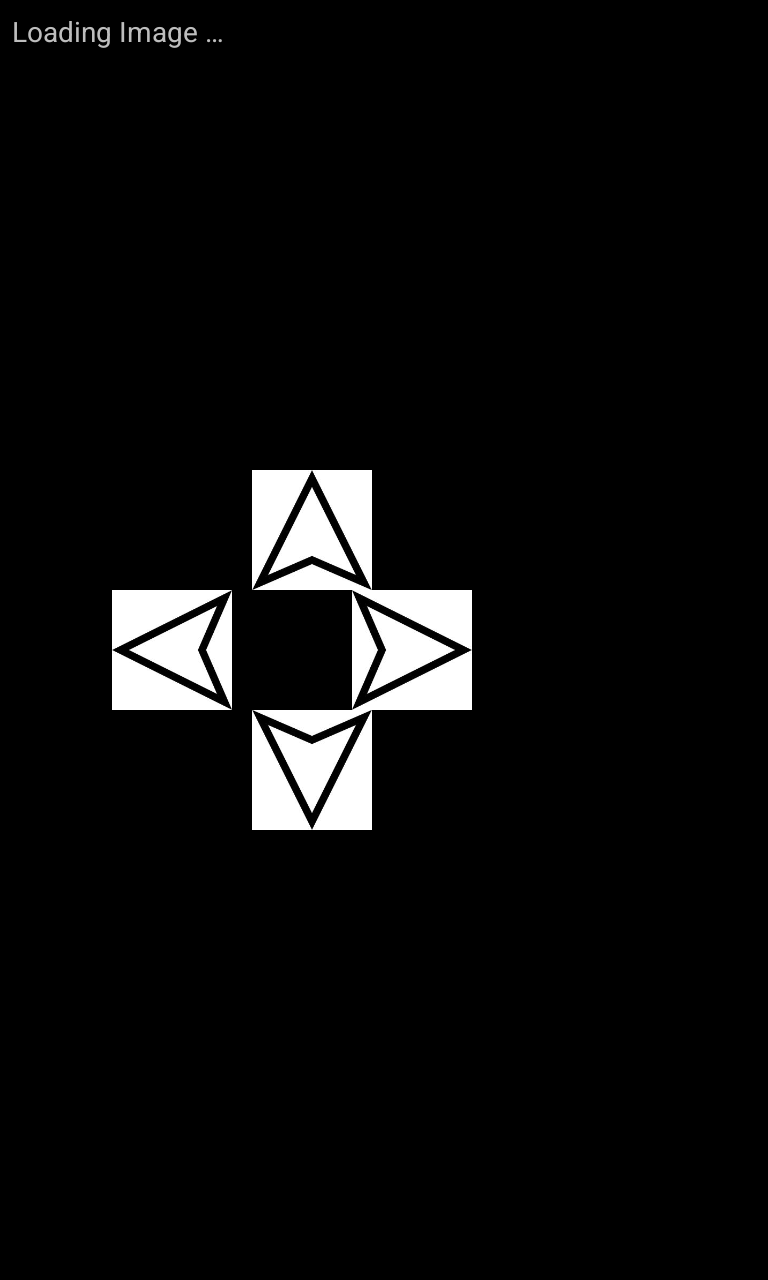
Repository: mintuhouse/AndroidBasedTennisBallCollector_group14_cs308_2012
Layout: android/RemoteTennisBallCollector/res/layout/main.xml
These files come from the project's save history. The layout is drawn as it stood at one moment and after the next save; the edit follows.
It is drawn on a 768 x 1280 px phone screen (xhdpi) without system bars, with theme android:Theme; the app's code is not run.

Above is the layout before, as saved 2012-04-07 14:54:56.

After the next save:
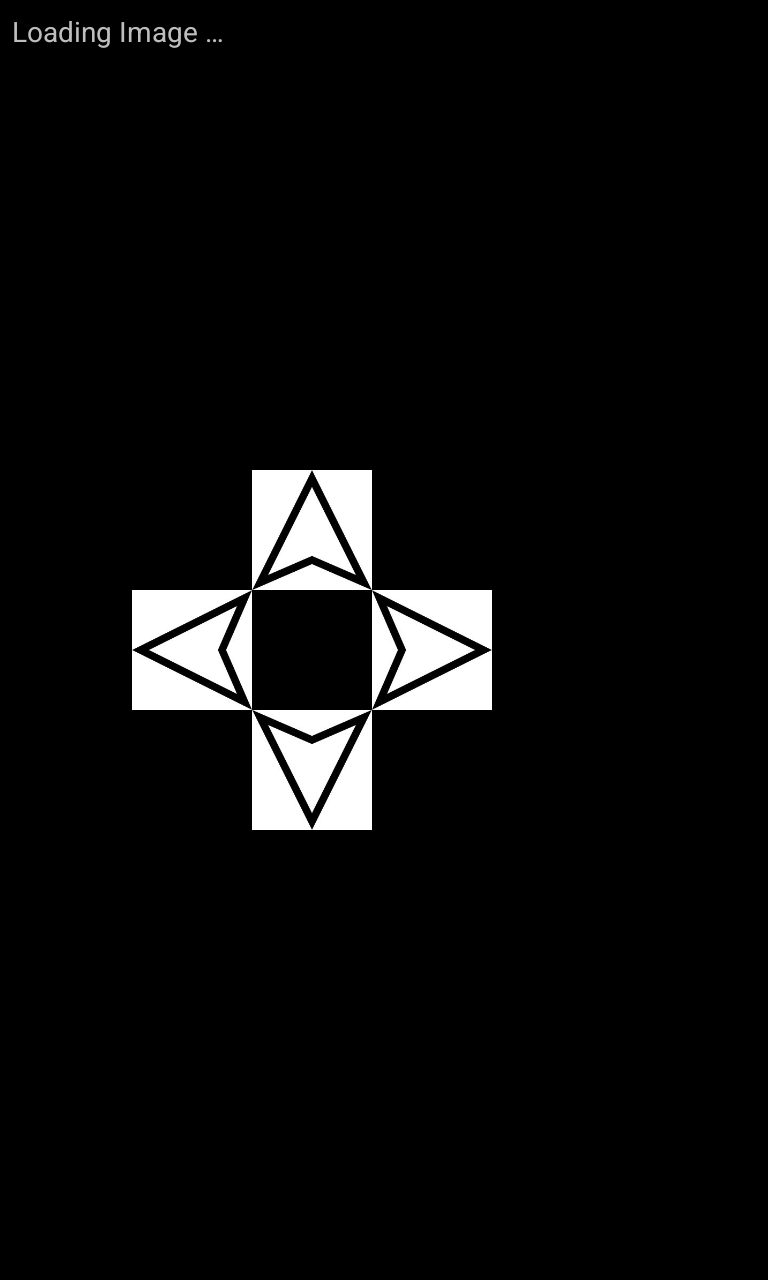
Saved 30 s later.
--- a/android/RemoteTennisBallCollector/res/layout/main.xml
+++ b/android/RemoteTennisBallCollector/res/layout/main.xml
@@ -55,7 +55,7 @@
 	       	   	android:contentDescription="@string/leftarrow"
 	       	 	android:layout_width="60dp"
 	       	 	android:layout_height="60dp"
-	       	 	android:layout_marginLeft="10p"
+	       	 	android:layout_marginLeft="10dp"
 	       	 	android:background="@drawable/leftarrow"
 	       	 />
        	    <ImageButton
